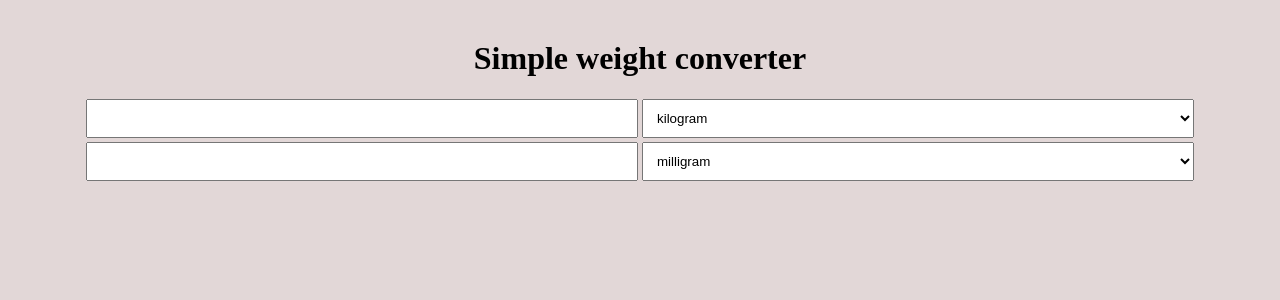
Repository: Eugene44-hub/weight-converter
Page: index.html
The author's editor kept a copy of each file at every save. The page is drawn from the files as they stood at one save, then again after the next save.
The browser window is 1280 px wide. The pictures show the whole page.

Above is the page before, as saved 2021-09-20 05:10:26.

### index.html
<!DOCTYPE html>
<html lang="en">

<head>
    <meta charset="UTF-8">
    <meta http-equiv="X-UA-Compatible" content="IE=edge">
    <meta name="viewport" content="width=device-width, initial-scale=1.0">
    <link rel="stylesheet" href="style.css">
    <title>Document</title>
</head>

<body>
    <div class="converter">
        <h1>Simple weight converter</h1>

        <input type="number" id="typed">
        <select name="" id="in-weight">
      <option value="kg">kilogram</option>
      <option value="ou">ounce</option>
      <option value="mg">milligram</option>
    </select>
        <input type="number" id="output">
        <select name="" id="out-weight">
      <option value="mg">milligram</option>
      <option value="ou">ounce</option>
      <option value="kg">kilogram</option>
    </select>
    </div>
    <script src="app.js"></script>
</body>

</html>

### style.css
* {
    padding: 0;
    margin: 0;
    box-sizing: border-box;
}

body {
    background-color: rgb(226, 215, 215);
}

input {
    padding: 10px;
    flex: 1;
}

h1 {
    text-align: center;
    flex: 100%;
    margin-bottom: 20px;
}

select {
    padding: 10px;
}

.converter {
    display: flex;
    flex-wrap: wrap;
    justify-content: space-between;
    padding: 20px;
    margin: 20px auto;
    width: 90%;
}

select,
input {
    flex: 40%;
    margin: 2px;
}

### app.js
let typed = document.querySelector('#typed');
let output = document.querySelector('#output');
let select = document.querySelector('#in-weight');
let select2 = document.querySelector('#out-weight');

function selectTwo(val) {
    select2.addEventListener('change', e => {
        if (select2.value === 'mg' && select.value === 'kg') {
            output.value = val * Math.pow(10, 6)
        } else if (select2.value === "ou" && select.value === 'mg') {
            output.value = val * 0.000035274
        } else if (select2.value === "ou" && select.value === 'kg') {
            output.value = val * 35.274
        } else if (select2.value === "kg" && select.value === 'ou') {
            output.value = val / 35.274
        } else if (select2.value === "mg" && select.value === 'ou') {
            output.value = val / 0.000035274
        } else if (select2.value === "kg" && select.value === 'mg') {
            output.value = val / Math.pow(10, 6)
        } else {
            output.value = typed.value
        }

    })
}

function selectOne(val) {
    select.addEventListener('change', e => {

        if (select2.value === 'mg' && select.value === 'kg') {
            typed.value = val / Math.pow(10, 6)
        } else if (select2.value === "mg" && select.value === 'ou') {
            typed.value = val * 0.000035274
        } else if (select2.value === "ou" && select.value === 'kg') {
            typed.value = val / 35.274
        } else if (select2.value === "kg" && select.value === 'ou') {
            typed.value = val * 35.274
        } else if (select2.value === "ou" && select.value === 'mg') {
            typed.value = val / 0.000035274
        } else if (select2.value === "kg" && select.value === 'mg') {
            typed.value = val * Math.pow(10, 6)
        } else { typed.value = output.value }
    })
}


typed.addEventListener('input',
    e => {

        if (select2.value === 'mg' && select.value === 'kg') {
            output.value = Number(e.target.value) * Math.pow(10, 6)
        } else if (select2.value === "ou" && select.value === 'mg') {
            output.value = Number(e.target.value) * 0.000035274
        } else if (select2.value === "ou" && select.value === 'kg') {
            output.value = Number(e.target.value) * 35.274
        } else if (select2.value === "kg" && select.value === 'ou') {
            output.value = Number(e.target.value) / 35.274
        } else if (select2.value === "mg" && select.value === 'ou') {
            output.value = Number(e.target.value) / 0.000035274
        } else if (select2.value === "kg" && select.value === 'mg') {
            output.value = Number(e.target.value) / Math.pow(10, 6)
        } else {
            output.value = typed.value
        }
        selectTwo(Number(e.target.value))
    })

output.addEventListener('input',
    e => {
        if (select2.value === 'mg' && select.value === 'kg') {
            typed.value = Number(e.target.value) / Math.pow(10, 6)
        } else if (select2.value === "mg" && select.value === 'ou') {
            typed.value = Number(e.target.value) * 0.000035274
        } else if (select2.value === "ou" && select.value === 'kg') {
            typed.value = Number(e.target.value) / 35.274
        } else if (select2.value === "kg" && select.value === 'ou') {
            typed.value = Number(e.target.value) * 35.274
        } else if (select2.value === "ou" && select.value === 'mg') {
            typed.value = Number(e.target.value) / 0.000035274
        } else if (select2.value === "kg" && select.value === 'mg') {
            typed.value = Number(e.target.value) * Math.pow(10, 6)
        } else { typed.value = output.value }
        selectOne(Number(e.target.value))
    })

After the next save:
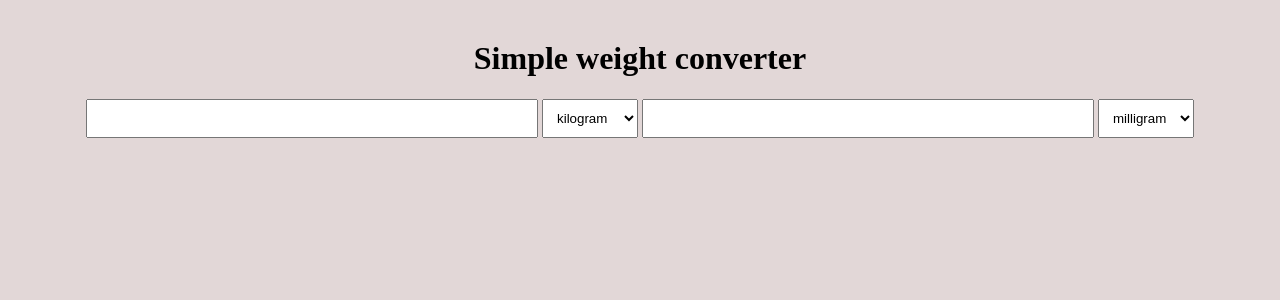
Saved 5 s later.
--- a/style.css
+++ b/style.css
@@ -34,6 +34,5 @@ select {
 
 select,
 input {
-    flex: 40%;
     margin: 2px;
 }
